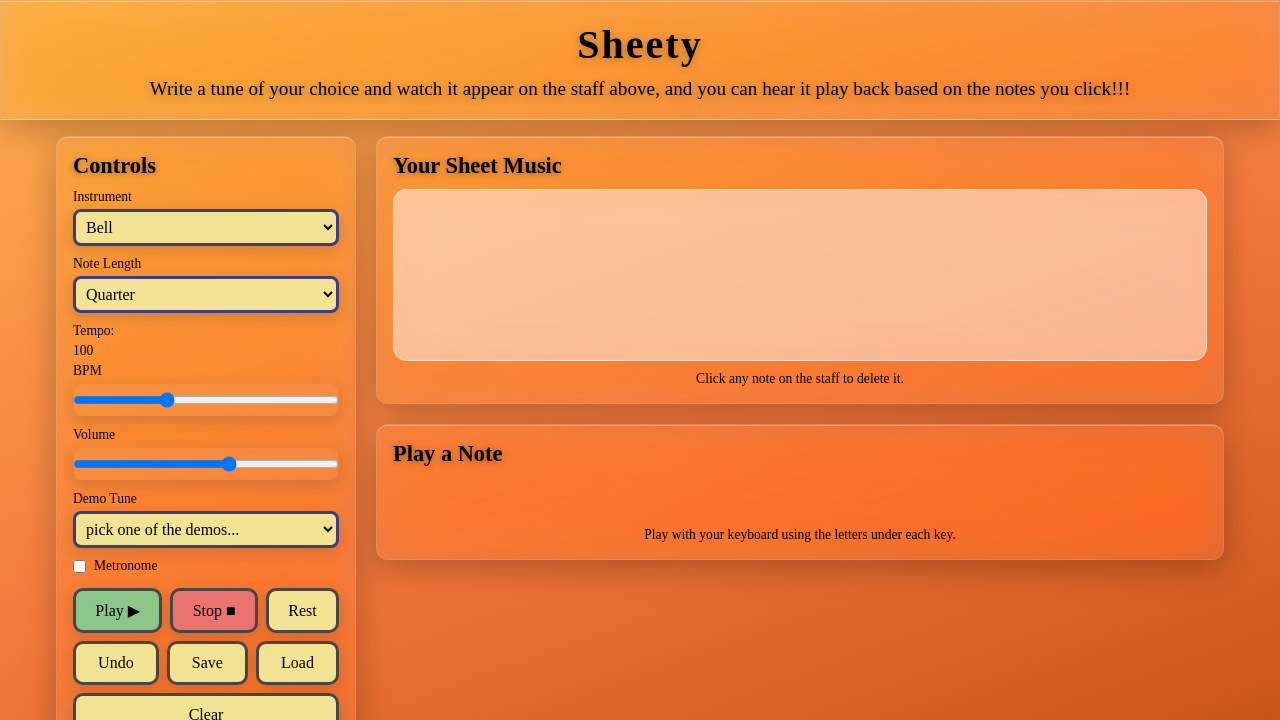
Repository: manayparikh1/sheety
Page: index.html
The author's editor kept a copy of each file at every save. The page is drawn from the files as they stood at one save, then again after the next save.
The browser window is 1280 px wide. The pictures show the whole page.
An inner scrolling area shows only its first screen.

Above is the page before, as saved 2026-08-24 13:38:37.
Console error: SyntaxError: Unexpected token ')'

### index.html
<!DOCTYPE html>
<html lang="en">

<head>
    <meta charset="UTF-8">
    <title>Sheety</title>
    <style>
        * {
            margin: 0;
            padding: 0;
            box-sizing: border-box;
        }

        :root {
            --cream: #e9ddbb;
            --paper: #ffffff;
            --navy: #3d3d80;
            --red: #e8736f;
            --blue: #4979ad;
            --green: #8dc68b;
            --yellow: #f2e394;
            --orange: #ffad66;
            --darkpurple: #34183c;
            --grey: #a9a9a9;
            --purple: #8e7cc3;
            --black-key: #494646;
            --line-black: #222222;
            --glass: rgba(255, 255, 255, 0.18);
            --glass-strong: rgba(255, 255, 255, 0.38);
            --edge: rgba(255, 255, 255, 0.55);
            --shade: 0 8px 32px rgba(31, 38, 60, .25);
        }

        html,
        body {
            background: linear-gradient(160deg, #ffb04d, #f2793d 55%, #c9541a);
            background-attachment: fixed;
            min-height: 100vh;
            height: 100%;
            overflow-x: hidden;
            color: #000000;
        }

        @keyframes drift {
            from {
                background-position: 0 0, 0 0, 0 0, 0 0, 0 0;
            }

            to {
                background-position: 4% 3%, -4% 5%, 3% -4%, -3% -3%, 0 0;
            }
        }

        section,
        header,
        footer {
            background: rgba(214, 197, 197, 0.12);
            -webkit-backdrop-filter: blur(24px) saturate(140%);
            backdrop-filter: blur(24px) saturate(140%);
            border: 1px solid rgba(205, 179, 179, 0.25);
            box-shadow: 0 8px 32px rgba(0, 0, 0, .25), inset 0 1px 0 rgba(255, 255, 255, .3);
        }

        section {
            border-radius: 20px;
        }

        header {
            border-bottom: 1px solid var(--edge);
            text-shadow: 0 2px 8px rgba(31, 38, 60, .35);
        }

        section h2 {
            color: #000000;
            text-shadow: 0 1px 6px rgba(31, 38, 60, .45);
        }

        .grid2 label,
        .toolbar-group label,
        #keyboardHint,
        footer {
            color: #000000;
        }

        header {
            color: #000000;
            padding: 19.5px;
            text-align: center;
        }

        header h1 {
            font-size: 2.5rem;
            letter-spacing: 2px;
        }

        header p {
            margin-top: 10px;
            font-size: 1.2rem;
        }

        main {
            max-width: 900px;
            margin: 0 auto;
            padding: 16px;
        }

        section {
            border-radius: 12px;
            padding: 16px;
            margin-bottom: 20px;
        }

        section h2 {
            color: #000000;
            margin-bottom: 10px;
            font-size: 1.4rem;
        }

        .toolbar {
            display: flex;
            flex-wrap: wrap;
            gap: 14px;
            align-items: center;
        }

        .toolbar-group {
            display: flex;
            flex-direction: column;
            gap: 4px;
        }

        .toolbar-group label {
            font-size: 0.85rem;
            color: #000000;
        }

        button,
        select,
        input[type="range"] {
            background: var(--glass-strong);
            -webkit-backdrop-filter: blur(10px);
            backdrop-filter: blur(10px);
            border: 1px solid var(--edge);
            color: #000000;
            box-shadow: 0 4px 14px rgba(31, 38, 60, .18);
            transition: transform .15s, background .15s;
        }

        button:hover {
            background: rgba(255, 255, 255, .6);
            color: #000000;
        }

        button.play-btn {
            background: rgba(141, 198, 139, .55);
            color: #000000;
        }

        button.stop-btn {
            background: rgba(232, 115, 111, .55);
            color: #000000;
        }

        .white-key {
            background: rgba(255, 255, 255, .3);
            -webkit-backdrop-filter: blur(12px);
            backdrop-filter: blur(12px);
            border: 1px solid var(--edge);
            border-top: none;
            box-shadow: 0 6px 18px rgba(31, 38, 60, .22);
            inset: 0 -1px 0 rgba(255, 255, 255, .4);
            color: #000000;
        }

        .white-key .pitch-label {
            color: #000000;
        }

        .white-key:hover {
            background: rgba(255, 255, 255, .55);
        }

        select,
        input[type="range"] {
            font-family: inherit;
            font-size: 1rem;
            padding: 6px;
            border: 3px solid var(--navy);
            border-radius: 8px;
            background: var(--yellow);
            color: #000000;
        }

        button {
            font-family: inherit;
            padding: 10px 16px;
            border-radius: 10px;
            background: var(--yellow);
            font-size: 1rem;
            color: #000000;
            cursor: pointer;
            border: 3px solid var(--black-key);
        }

        button {
            transition:
                background-color 0.2s ease,
                color 0.2s ease,
                transform 0.2s ease,
                box-shadow 0.2s ease;
        }

        button:hover {
            background: var(--yellow);
            color: #000000;
            transform: translateY(-3px) scale(1.03);
            box-shadow: 0 8px 20px rgba(0, 0, 0, 0.18);
        }

        button:active {
            transform: translateY(-1px) scale(0.98);
            box-shadow: 0 4px 10px rgba(0, 0, 0, 0.15);

        }

        button.play-btn {
            background: var(--green);
            transition:
                background-color 0.25s ease,
                transform 0.25s cubic-bezier(0.2, 0.8, 0.2, 1),
                box-shadow 0.25s ease;
        }

        button.play-btn:hover {
            background: var(--green);
            transform: translateY(-3px) scale(1.03);
            box-shadow:
                0 8px 20px rgba(0, 0, 0, 0.18),
                0 0 0 3px rgba(255, 255, 255, 0.08)
        }

        button.stop-btn {
            background: var(--red);
            color: #000000;
        }

        button.stop-btn:hover {
            background: var(--red);
            transform: translateY(-2px) scale(1.02);
            box-shadow: 0 6px 16px rgba(0, 0, 0, 0.19);
        }

        button.small {
            padding: 6px 10px;
            font-size: 0.85rem;
        }

        #staffWrap {
            overflow-x: auto;
            border: 1px solid var(--edge);
            border-radius: 14px;
            padding: 10px;
            background: rgba(255, 255, 255, .45);
            -webkit-backdrop-filter: blur(20px);
            backdrop-filter: blur(20px);
        }

        svg#staffSvg {
            background: transparent;
            display: block;
        }

        .staff-line {
            stroke: rgba(20, 20, 40, .75);
            stroke-width: 2;
        }

        .bar-line {
            stroke: var(--grey);
            stroke-width: 2;
        }

        .note-head {
            fill: var(--navy);
            stroke: var(--navy);
            stroke-width: 1;
        }

        .note-head.playing {
            fill: var(--red);
            stroke: var(--red);
        }

        .note-stem {
            stroke: var(--navy);
            stroke-width: 2;
        }

        .rest-mark {
            fill: var(--grey);
        }

        .ledger-line {
            stroke: rgba(20, 20, 40, .75);
            stroke-width: 2;
        }

        .note-label {
            font-size: 10px;
            fill: var(--navy);
            font-family: "Comic Sans MS", cursive, sans-serif;
        }

        .clef-text {
            font-size: 40px;
            fill: var(--navy);
        }

        #piano {
            display: flex;
            justify-content: center;
            padding: 20px 0;
            gap: 2px;
        }

        .white-key {
            width: 44px;
            height: 150px;
            background: var(--paper);
            border: 3px solid var(--darkpurple);
            border-radius: 0 0 8px 8px;
            cursor: pointer;
            display: flex;
            flex-direction: column;
            align-items: center;
            justify-content: flex-end;
            padding-bottom: 8px;
            font-size: 0.75rem;
            color: #000000;
            user-select: none;
        }

        .white-key .pitch-label {
            font-size: 0.75rem;
            color: #000000;
        }

        .white-key .key-hint {
            margin-top: 10px;
            width: 22px;
            height: 22px;
            line-height: 22px;
            text-align: center;
            border: 2px solid var(--navy);
            border-radius: 6px;
            background: var(--cream);
            color: #000000;
            font-size: 0.75rem;
            font-weight: bold;
        }

        .white-key.pressed .key-hint {
            background: var(--green);
            color: #000000;
        }

        #keyboardHint {
            margin-top: 10px;
            font-size: 0.85rem;
            color: #000000;
            text-align: center
        }

        .white-key:hover {
            background: var(--yellow);
            transform: translateY(-2px);
            box-shadow: 0 4px 12px rgba(0, 0, 0, 0.15);
        }

        .white-key:active,
        .white-key.pressed {
            background: var(--orange);
            color: #000000;
        }

        footer {
            text-align: center;
            padding: 20px;
            color: #000000;
            font-size: 0.85rem;
        }

        #statusMsg {
            margin-top: 10px;
            font-size: 0.9rem;
            color: #000000;
            min-height: 20px;
        }

        main {
            max-width: 1200px;
            display: grid;
            grid-template-columns: 300px 1fr;
            gap: 20px;
            align-items: start;
        }

        .controls {
            position: sticky;
            top: 20px;
        }

        @media (max-width: 900px) {
            main {
                grid-template-columns: 1fr;
            }

            .controls {
                position: static;
            }
        }

        .grid2 {
            display: grid;
            gap: 10px;
        }

        .grid2 label {
            display: flex;
            flex-direction: column;
            gap: 4px;
            font-size: 0.85rem;
            color: #000000;
        }

        .grid2 label.check {
            flex-direction: row;
            align-items: center;
            gap: 8px;
        }

        .grid2 select,
        .grid2 input[type=range] {
            width: 100%;
        }

        .btns {
            display: flex;
            flex-wrap: wrap;
            gap: 8px;
            margin-top: 14px;
        }

        .btns button {
            flex: 1 1 auto;
        }

        .hollow {
            fill: var(--paper);
            stroke-width: 2.5;
        }

        .playing {
            fill: var(--red) !important;
            stroke: var(--red);
        }

        .note-head,
        .rest-mark {
            cursor: pointer;
        }
    </style>
</head>

<body>
    <header>
        <h1>Sheety</h1>
        <p>Write a tune of your choice and watch it appear on the staff above, and you can hear it play back based on
            the notes you click!!!</p>
    </header>
    <main>
        <section class="controls">
            <h2>Controls</h2>
            <div class="grid2">
                <label>Instrument
                    <select id="wave">
                        <option value="sine">Bell</option>
                        <option value="triangle">Flute-ish</option>
                        <option value="square">Robot</option>
                        <option value="sawtooth">Buzzy</option>
                    </select>
                </label>
                <label>Note Length
                    <select id="dur">
                        <option value="w">Whole</option>
                        <option value="h">Half</option>
                        <option value="q" selected>Quarter</option>
                        <option value="e">Eigth</option>
                    </select>
                </label>
                <label>Tempo: <span id="bpmOut">100</span> BPM
                    <input type="range" id="bpm" min="40" max="220" value="100">
                </label>
                <label>Volume
                    <input type="range" id="vol" min="0" max="100" value="60">
                </label>
                <label> Demo Tune
                    <select id="demo">
                        <option value="">pick one of the demos...</option>
                    </select>
                </label>
                <label class="check"><input type="checkbox" id="metro"> Metronome</label>
            </div>
            <div class="btns">
                <button class="play-btn" id="playBtn">Play &#9654;</button>
                <button class="stop-btn" id="stopBtn">Stop &#9632;</button>
                <button id="restBtn">Rest</button>
                <button id="undoBtn">Undo</button>
                <button id="saveBtn">Save</button>
                <button id="loadBtn">Load</button>
                <button id="clearBtn">Clear</button>
            </div>
            <div id="statusMsg"></div>
        </section>
        <div>
            <section>
                <h2>Your Sheet Music</h2>
                <div id="staffWrap"><svg id="staffSvg"></svg>
                </div>
                <div id="keyboardHint">Click any note on the staff to delete it.</div>
            </section>
            <section>
                <h2>Play a Note</h2>
                <div id="piano"></div>
                <div id="keyboardHint">Play with your keyboard using the letters under each key.</div>
            </section>
        </div>
    </main>
    <footer>Made with html, css, and javascript and it has NO frameworks (prebuilt structures).</footer>
    <script>
        const N = "CDEFGAB", S = [0, 2, 4, 5, 7, 9, 11], K = "ASDFGHJKLZXCVB", B = { w: 4, h: 2, q: 1, e: .5 }, $ = i => document.getElementById(i);
        const nm = i => N[i % 7] + (4 + (i / 7 | 0)), P = [...Array(14)].map((_, i) => nm(i)), fq = i => 440 * 2 ** ((60 + 12 * (i / 7 | 0) + S[i % 7] - 69) / 12);
        const D = { "Twinkle Twinkle": "C4q C4q G4q G4q A4q A4q G4h F4q F4q E4q E4q D4q D4q C4h", "Ode to Joy": "E4q E4q F4q G4q G4q F4q E4q D4q C4q C4q D4q E4q E4h D4q D4h", "Mary's Lamb": "E4q D4q C4q D4q E4q E4q E4h D4q D4q D4h E4q G4q G4h" };
        const pr = s => s.split(" ").map(t =>
            ({ i: P.indexOf(t.slice(0, 2)), d: t[2] })
        );
        const sv = $("staffSvg"), AC =
            () => ctx ||= new (window.AudioContext || window.webkitAudioContext), vl = () => $("vol").value / 100;
        let song = pr(D["Twinkle Twinkle"]), ctx, T = [], V = [], go = 0, st, H = {}, KP = {};

        const msg = m => { $("statusMsg").textContent = m; clearTimeout(st); st = setTimeout(() => $("statusMsg").textContent = "", 3500) };
        const led = (x, y) => `<line class="ledger-line" x1=${x - 11} y1=${y} x2=${x + 11} y2=${y} />`;

        function draw() {
            let R = [[]], b = 0, W = 70 + 16 * 55 + 60;
            song.forEach((n, g) => {
                if (b + B[n.d] > 16) { R.push([]); b = 0 } R.at(-1).push({ ...n, g }); b += B[n.d]
            });
            sv.setAttribute("width", W); sv.setAttribute("height", R.length * 200);
            sv.innerHTML = R.map((r, ri) => {
                const t = ri * 200 + 40, bo = t + 50 + 5 + 1, bar = x => `<line class="bar-line" x1=${x} y1=${t} x2=${x} y2=${bo} />`;
                let o = [0, 1, 2, 3, 4].map(l => `<line class="staff-line" x1=50 y1=${t + l * 14} x2=${W - 20} y2=${t + l * 14} />`).join("") + `<text class="clef-text" x=10 y=${bo - 5}>&#119070;</text>` + bar(60), x = 70, c = 0;
                for (const n of r) {
                    if (n.i < 0) o += `<rect class="rest-mark" data-i=${n.g} x=${x - 6} y=${t + 24} width=12 height=8 rx=2 />`;
                    else {
                        const s = n.i - 2, y = bo - s * 7, u = s < 4, sx = x + (u ? 6.5 : -6.5), sy = y + (u ? -32 : 32);
                        for (let k = -2; k >= s; k -= 2)o += led(x, bo - k * 7);
                        for (let k = 10; k <= s; k += 2)o += led(x, bo - k * 7);
                        o += `<ellipse class="note-head${n.d == "w" ? " hollow" : ""}" data-i=${n.g} cx=${x} cy=${y} rx=7 ry=5.5 />` + (n.d == "w" ? "" : `<line class="note-stem" x1=${sx} y1=${y} x2=${sx} y2=${sy} />` + (n.d == "e" ? `<path class="note-stem" fill=none d="M${sx} ${sy}q10 ${u ? 5 : -5} 6 ${u ? 15 : -15}" />` : ""));
                    }
                    o += `<text class="note-label" x=${x - 9} y=${bo + 34}>${n.i < 0 ? "rest" : nm(n.i)}</text>`;
                    x += B[n.d] * 55; if ((c += B[n.d]) > 3.99) { o += bar(x - 5); c = 0 }
                }
                return o + bar(W - 25)
            }).join("");
        }
        const tn = (f, t, l, w = $("wave").value, v = vl()) => { const c = AC(), o = new OscillatorNode(c, { type: w, frequency: f }), g = new GainNode(c); g.gain.setValueAtTime(0, t).linearRampToValueAtTime(v, t + .02).exponentialRampToValueAtTime(1e-4, t + l); o.connect(g).connect(c.destination); o.start(t); o.stop(t + l); V.push(o) };
        const clr =
            () => sv.querySelectorAll(".playing").forEach(e => e.classList.remove("playing"));
        const play = () => {
            if (!song.length || go) return msg(go ? "Already playing!" : "Nothing to play yet!");
            go = 1; msg("PLAYINGGG..."); const
                c = AC(), bt = 60 / $("bpm").value; let t = c.currentTime + .1;
            song.forEach((n, g) => {
                const l = B[n.d] * bt, ms = (t - c.currentTime) * 1e3;
                if (n.i >= 0) tn(fq(n.i), t, l);
                if ($("metro").checked) for (let k = 0; k < Math.max(1, B[n.d]); k++)tn(1e3, t + k * bt, .05, "square", vl() * .3);
                T.push(setTimeout(() => { clr(); sv.querySelector(`[data-i="${g}"]`)?.classList.add("playing") }, ms)); t += l
            });
            T.push(setTimeout(() => { go = 0; clr(); msg("Finished!") }, (t - c.currentTime) * 1e3))
        };
        const stop = () => { T.map(clearTimeout); T = []; V.map(o => o.stop()); V = []; clr(); go = 0; msg("Stopped.") };
        const hit = i => { song.push({ i, d: $("dur").value }); draw(); const e = $("k" + i); e.classList.add("pressed"); setTimeout(() => e.classList.remove("pressed"), 180); tn(fq(i), AC().currentTime, .35) };

        $("piano").innerHTML = P.map((p, i) => (KP[K[i]] = i, `<div class="white-key" data-i=${i} id=k${i}><span class="pitch-label">${p}</span><span class="key-hint">${K[i]}</span></div>`)).join("");
        $("demo").innerHTML += Object.keys(D).map(n => `<option>${n}</option>`).join("");
        $("demo").onchange = e => e.target.value && (song = pr(D[e.target.value]), draw(), msg("Loaded " + e.target.value));
        $("bpm").oninput = e => $("bpmOut").textContent = e.target.value;
        onkeyup = e => H[e.key.toUpperCase()] = 0;
        onkeydown = e => { if (/^(IN|SE|TE)/.test(document.activeElement.tagName)) return; const k = e.key.toUpperCase(); if (k in KP && !H[k]) H[k] = 1, hit(KP[k]); if (e.code == "Space") e.preventDefault(), go ? stop() : play() };
        let mic, ma, raw, humOn = 0, curIdx = -2,
            curStart = 0, cand = -2, candN = 0, tk = 0;
        const detect = (buf, rate) => {
            const b = buf.subarray(0, 1024), n = 1024;
            let rms = 0;
            for (let i = 0; i < n; i++) rms += b[i] * b[i];
            if (Math.sqrt(rms / n) < .012) return -1;
            const lo = Math.floor(rate / 1000), hi = Math.floor(rate / 80);
            const cor = new Float32Array(hi + 1);
            let best = -1, bestC = 0;
            for (let l = lo; l <= hi; l++) {
                let c = 0;
                for (let i = 0; i < n - l; i++) c += b[i] * b[i + l];
                cor[l] = c / (n - l);
                if (cor[l] > bestC) { bestC = cor[l]; best = l }
            }
            if (best < 0 || bestC < .0015) return -1;
            const half = Math.round(best / 2);
            if (half >= lo && cor[half] > bestC * .8) best = half;
            return rate / best;
        };
        const cents = f => { const m = 69 + 12 * Math.log2(f / 440); return (m - Math.round(m)) * 100 };
        const toIdx = f => {
            let m = Math.round(69 + 12 * Math.log2(f / 440));
            while (m < 60) m += 12;
            while (m > 83) m -= 12;
            const oct = Math.floor((m - 60) / 12), pc = (m - 60) % 12;
            let w = S.indexOf(pc);
            if (w < 0) w = S.findIndex(s => s > pc);
            return Math.min(13, oct * 7 + (w < 0 ? 6 : w));
        };
        const commit = now => {
            if (!curStart) return;
            const bts = (now - curStart) / 1000 / (60 / $("bpm").value);
            if (bts < .35) return;
            song.push({ i: curIdx, d: bts >= 3 ? "w" : bts >= 1.5 ? "h" : bts >= .75 ? "q" : "e" }); draw();
        };
        const listen = () => {
            if (!humOn) return;
            requestAnimationFrame(listen);
            if (tk++ % 2) return;
            ma.getFloatTimeDomainData(raw);
            const f = detect(raw, ma.context.sampleRate), now = performance.now();
            const idx = f > 0 ? toIdx(f) : -1;
            if (idx === cand) candN++; else { cand = idx; candN = 1 }
            if (candN === 3 && cand !== curIdx) { commit(now); curIdx = cand; curStart = now }
            document.querySelectorAll(".white-key.pressed").forEach(e => e.classList.remove("pressed"));
            if (idx >= 0) $("k" + idx)?.classList.add("pressed");
            $("humNote").textContent = f > 0 ? `${nm(idx)} ·  ${Math.round(f)} Hz` : "listening…";
            const ct = f > 0 ? Math.max(-50, Math.min(50, cents(f))) : 0;
            $("humPin").style.left = `calc(${50 + ct}% - 4px)`;
            $("humPin").style.background = Math.abs(ct) < 12 ? "var(--green)" : "var(--orange)";
        };

        const humStop = ()

        const ACT = {
            playBtn: play, stopBtn: stop,
            humBtn: () => humOn ? humStop() : humStart(),
            restBtn: () => (song.push({ i: -1, d: $("dur").value }), draw(), msg("Added a rest.")),
            undoBtn: () => song.length ? (song.pop(), draw(), msg("Undone.")) : msg("Nothing to undo!"),
            clearBtn: () => song.length && confirm("Clear the whole song?") && (song = [], draw(), msg("Fresh start!")),
            saveBtn: () => (localStorage.sheety = JSON.stringify(song), msg("Saved.")),
            loadBtn: () => localStorage.sheety ? (song = JSON.parse(localStorage.sheety), draw(), msg("Loaded.")) : msg("No saved song.")
        };
        document.onclick = e => {
            const k = e.target.closest(".white-key"), i = e.target.dataset.i;
            k ? hit(+k.dataset.i) : i ? (song.splice(+i, 1), draw(), msg("Deleted.")) : ACT[e.target.id]?.()
        };
        draw();
    </script>
</body>

After the next save:
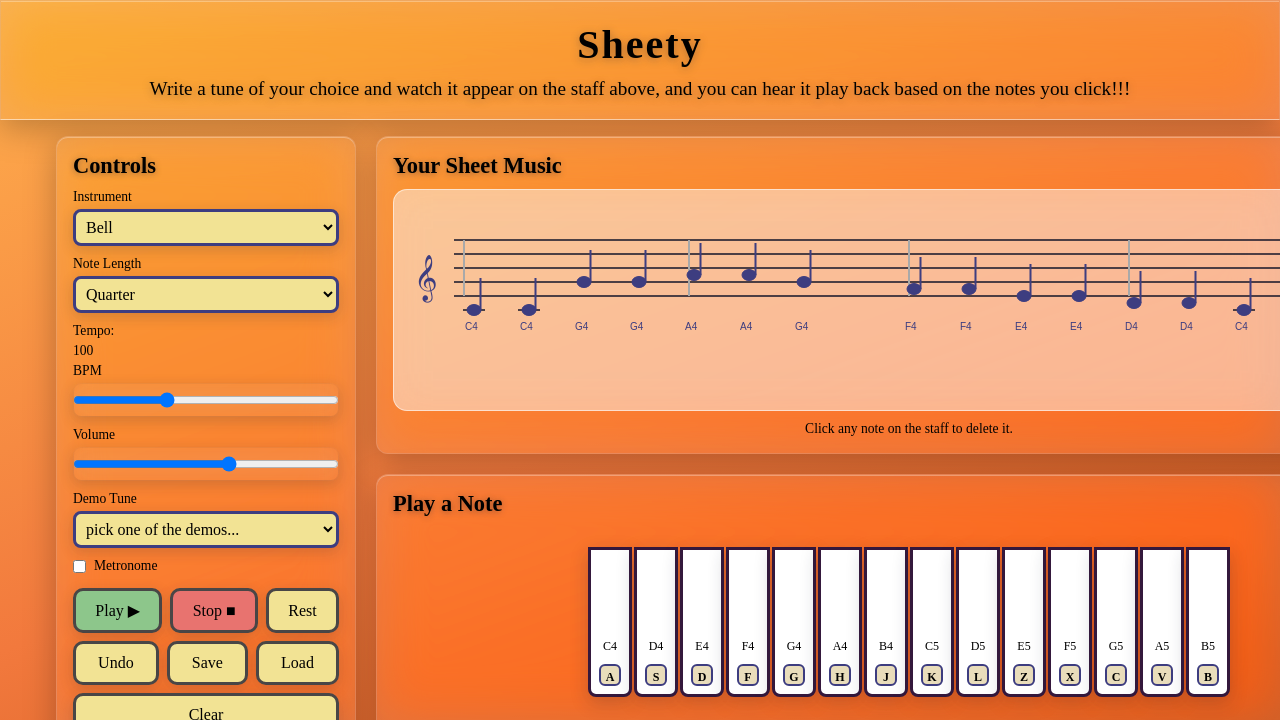
The error is gone.
Saved 4 h 37 min later.
--- a/index.html
+++ b/index.html
@@ -652,8 +652,41 @@
             $("humPin").style.background = Math.abs(ct) < 12 ? "var(--green)" : "var(--orange)";
         };
 
-        const humStop = ()
-
+        const humStop = () => {
+            humOn = 0;
+            commit(performance.now());
+            curStart = 0;
+            mic?.getTracks().forEach(t => t.stop());
+            curStart = 0;
+            mic?.getTracks().forEach(t => t.stop());
+            mic = null;
+            $("humBtn").classList.remove("live");
+            $("humBtn").textContent = "🎤 Start Humming";
+            $("humNote").textContent = "-";
+            document.querySelectorAll(".white-key.pressed").forEach(e => e.classList.remove("pressed"));
+            msg("Mic off.");
+        };
+        const humStart = async () => {
+            try {
+                mic = await
+                    navigator.mediaDevices.getUserMedia({
+                        audio: { echoCancellation: false, noiseSuppression: false, autoGainControl: false }
+                    });
+            } catch (err) { return msg("Mic blocked (" + err.name + ") - are you on localhost?") }
+            const c = AC(); await c.resume();
+            ma = new AnalyserNode(c, { fftSize: 2048 });
+            new MediaStreamAudioSourceNode(c, { mediaStream: mic }).connect(ma);
+            raw = new Float32Array(ma.fftSize);
+            humOn = 1;
+            curIdx = -2;
+            curStart = 0;
+            cand = -2;
+            candN = 0;
+
+            $("humBtn").classList.add("live");
+            $("humBtn").textContent = "⏹ STOP HUMMING";
+            msg("I am listening... hum a note please!");
+        };
         const ACT = {
             playBtn: play, stopBtn: stop,
             humBtn: () => humOn ? humStop() : humStart(),
